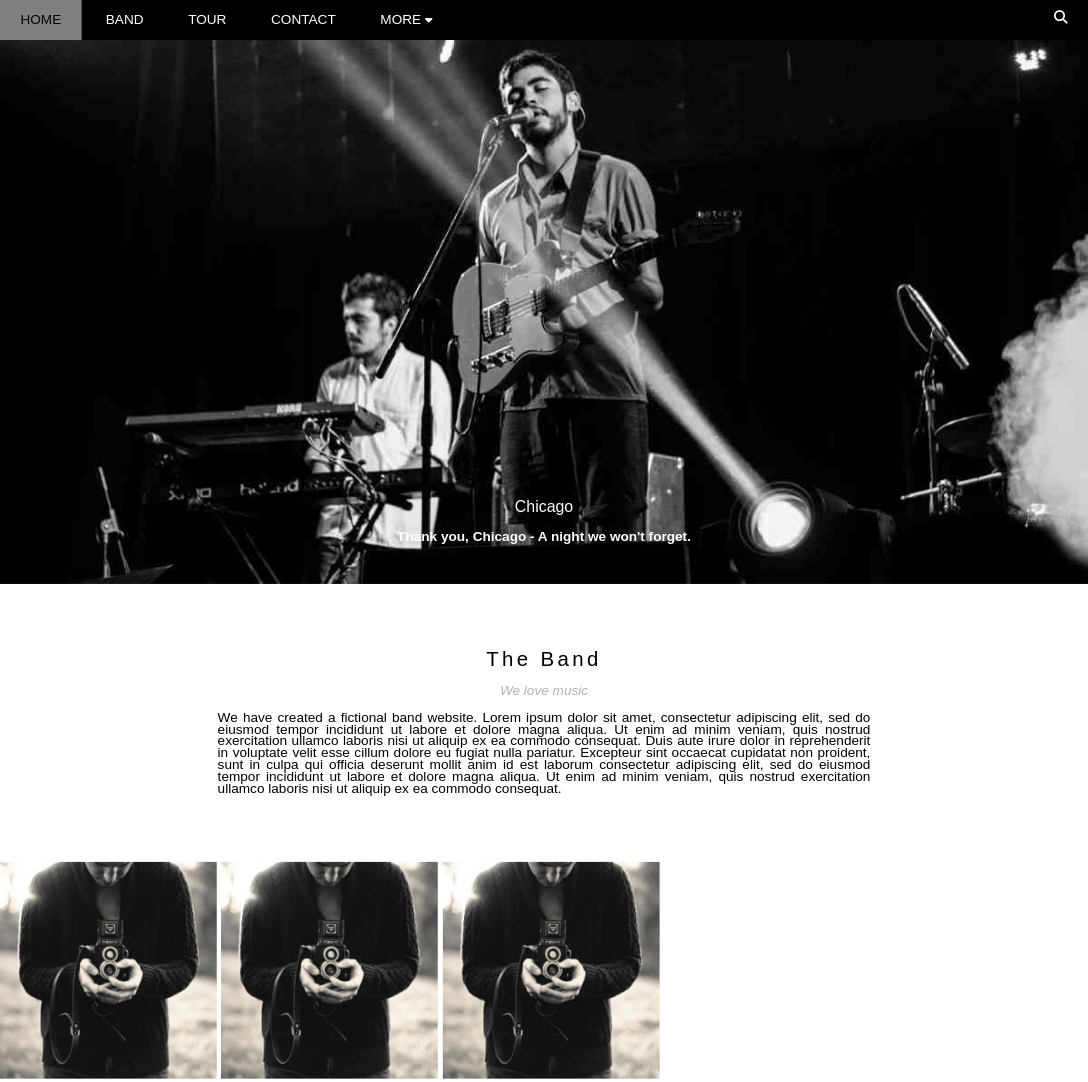
Repository: ngotranphuongbao/theband
Page: index.html
An editor plug-in stored every save of this project. The page is shown before and after the next save, followed by the edit.
The browser window is 1280 px wide. The pictures show the whole page, at 85% of full size.
Some web libraries are served in a nearby version.

Above is the page before, as saved 2022-12-21 08:36:44.

After the next save:
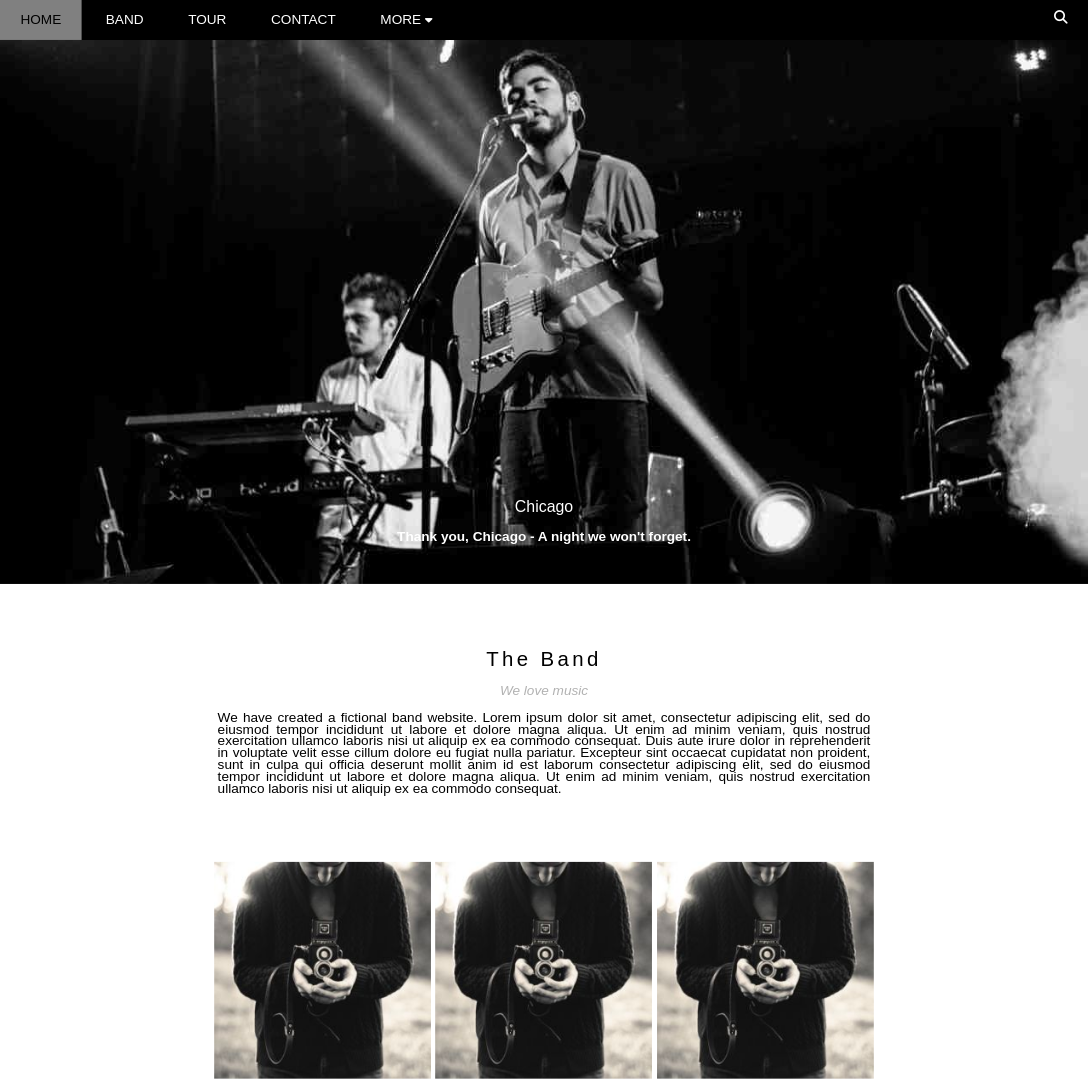
Saved 45 s later.
--- a/assets/css/style.css
+++ b/assets/css/style.css
@@ -150,6 +150,9 @@
     line-height: 14px;
 }
 
+#member {
+    text-align: center;
+}
 .member-info {
     display: inline-block;
     width: 255.988px;
